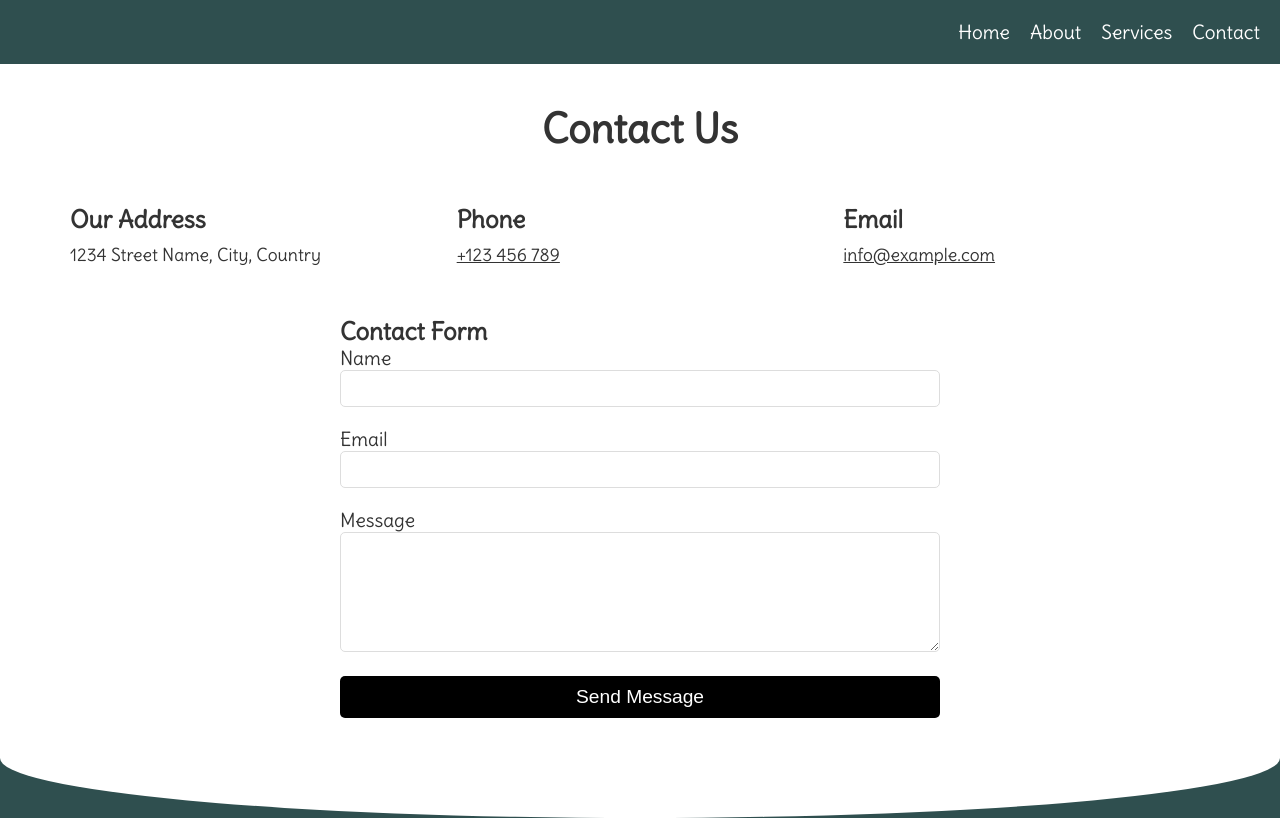
Repository: leerichie/kozi
Page: index.html
An editor plug-in stored every save of this project. The page is shown before and after the next save, followed by the edit.
The browser window is 1280 px wide. The pictures show the part of the page from y = 0 to 818 px (the page is 957 px tall before and 974 px after).
A picture or video elsewhere on the page could not be fetched, so the positions and the page height are approximate.

Above is the page before, as saved 2024-10-24 19:38:12.

After the next save:
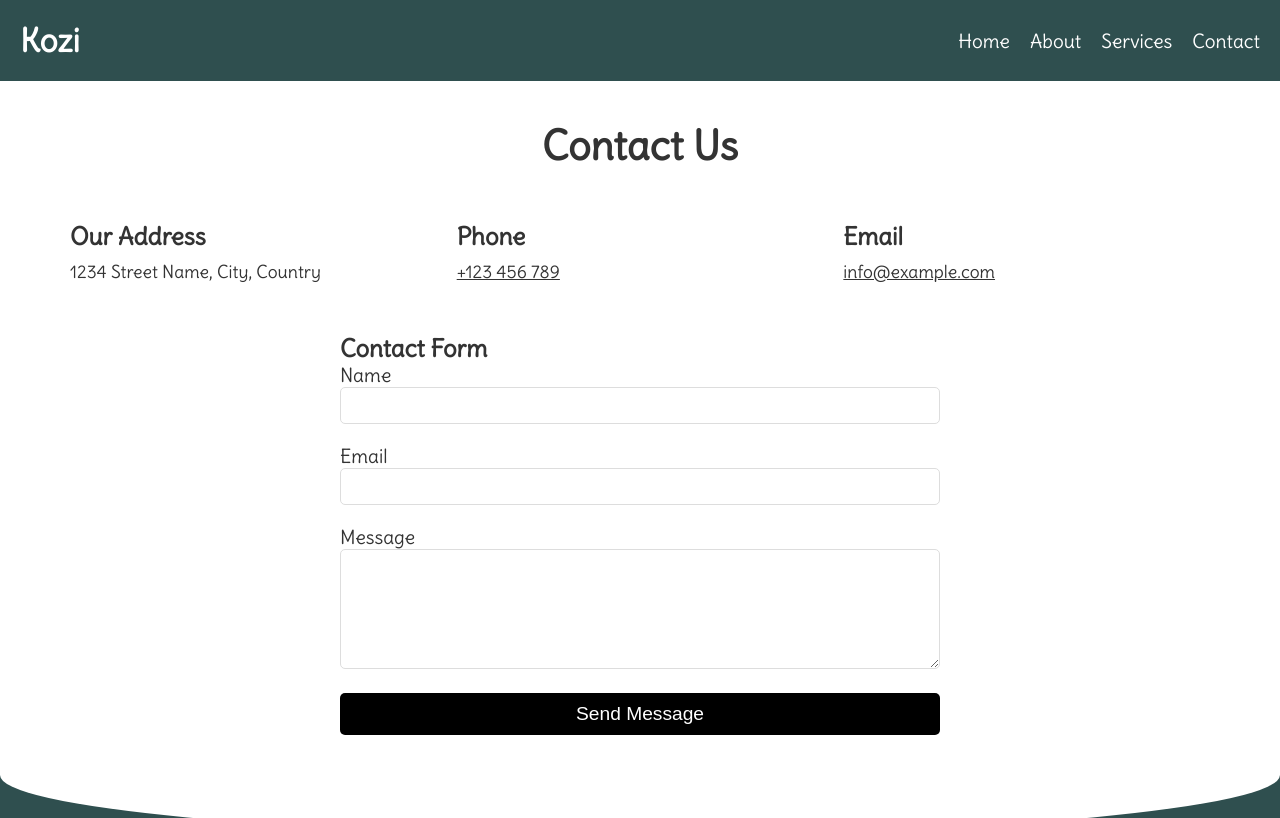
Saved 6 s later.
--- a/index.html
+++ b/index.html
@@ -14,6 +14,8 @@
     <header class="navbar">
         <div class="logo">
             <!-- <a href="#"><img src="img/logo.png" alt="Logo"></a> -->
+            <h1 class="logo-text">Kozi</h1>
+
         </div>
         <nav>
             <ul class="nav-links">
